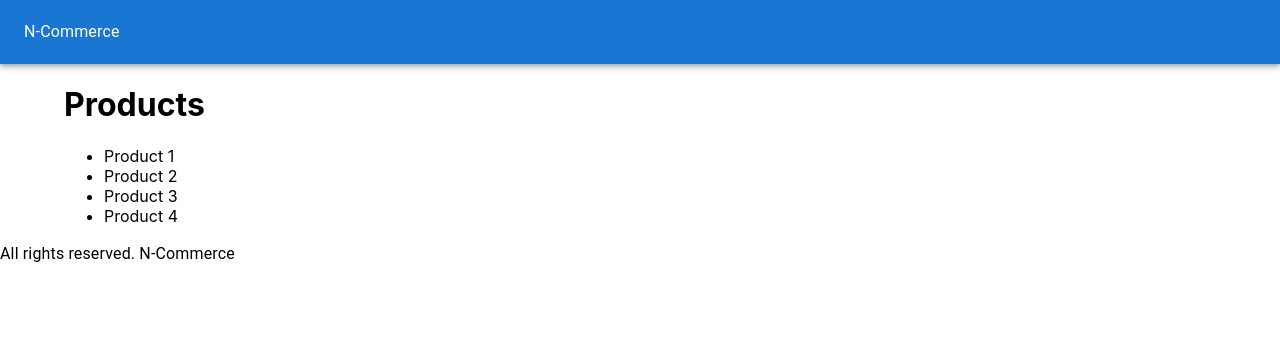
Repository: AK0493/Next-Commerce
Page: /
These files come from the project's save history. The page is drawn as it stood at one moment and after the next save; the edit follows.
The browser window is 1280 px wide. The pictures show the whole page.
The project was rebuilt for these pictures with package versions that can differ from the ones it lists, and the page was loaded fresh each time. The framework's server and built-in components were replaced by stand-ins that run in the browser. Also part of the build but not shown: next.config.js, styles/Home.module.css.

Above is the page before, as saved 2022-02-03 17:03:13.

After the next save:
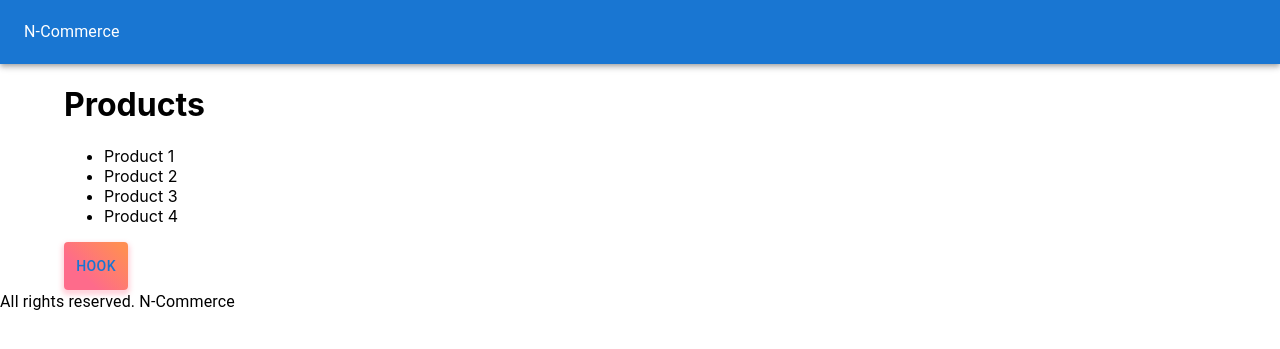
Saved 52 s later.
--- a/components/Layout.js
+++ b/components/Layout.js
@@ -29,7 +29,10 @@
           <Typography>N-Commerce</Typography>
         </Toolbar>
       </AppBar>
-      <Container>{children}</Container>
+      <Container>
+        {children}
+        <Button className={classes.root}>Hook</Button>
+      </Container>
       <footer>
         <Typography>All rights reserved. N-Commerce</Typography>
       </footer>
